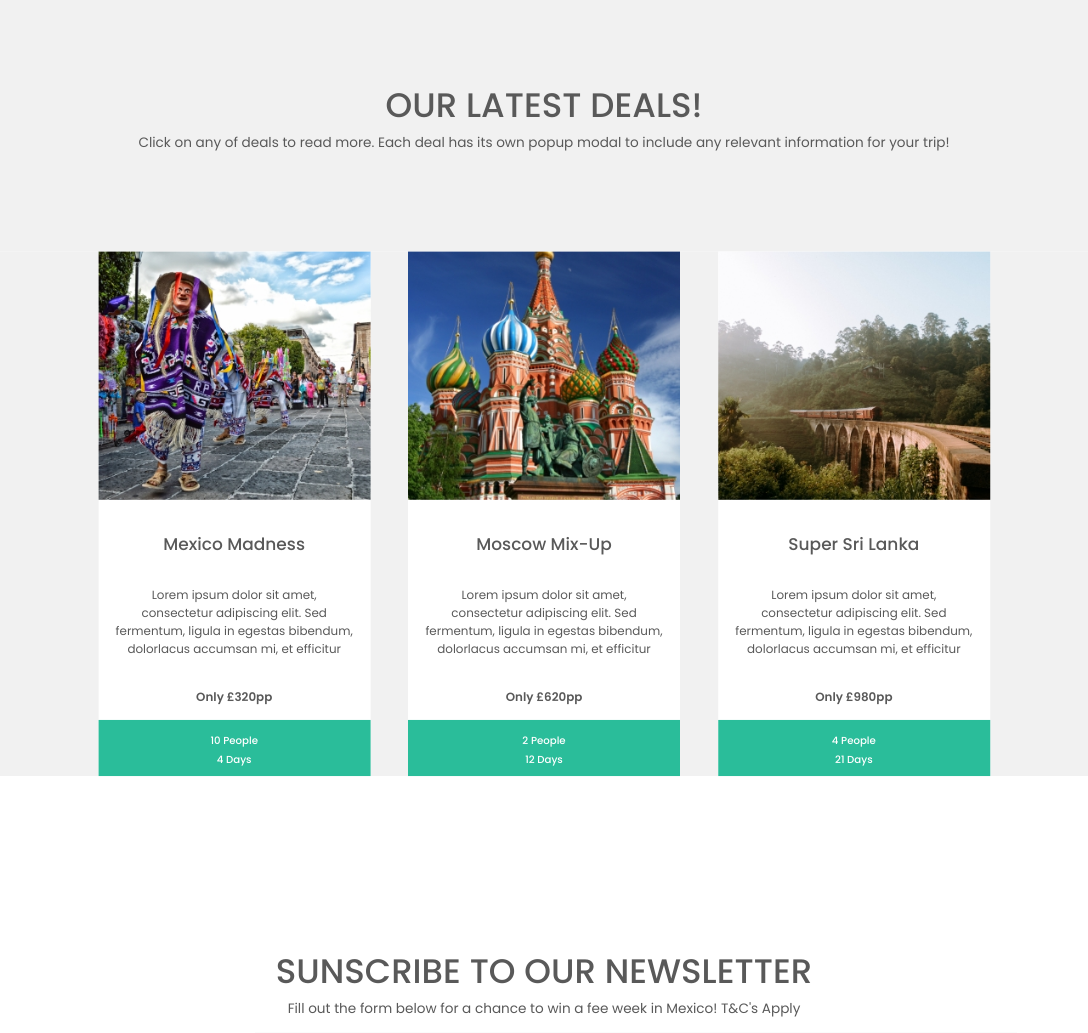
Repository: cobyfoster99/Interactive-frontend-project
Page: index.html
The author's editor kept a record of every edit. The page is drawn from the files as they stood at one moment, then again after the next edit.
The browser window is 1280 px wide. The pictures show the whole page, at 85% of full size.

Above is the page before.
Console error (its wording comes from the project's code and is left out).

### index.html
<!DOCTYPE html>
<html lang="en">

<head>
    <meta charset="UTF-8">
    <meta name="viewport" content="width=device-width, initial-scale=1.0">
    <meta http-equiv="X-UA-Compatible" content="ie=edge">

    <link rel="stylesheet" href="assets/css/style.css" type="text/css" />
    <script type="text/javascript" src="assets/js/foundation.js"></script>
    <link rel="stylesheet" href="https://stackpath.bootstrapcdn.com/bootstrap/4.4.1/css/bootstrap.min.css" type="text/css" />
    <script type="text/javascript" src="https://stackpath.bootstrapcdn.com/bootstrap/4.4.1/js/bootstrap.min.js"></script>

    <title>Simple Design Works | Travel</title>

</head>

<body>

    <!-------- Deals Box Section -------->

    <div class="contain grey-background">
        <div class="h1-section no-gutters">
            <h1>OUR LATEST DEALS!</h1>
            <P>Click on any of deals to read more. Each deal has its own popup modal to include any relevant information for your trip!</P>
        </div>

    </div>

    <div class="contain grey-background deals-section">
        <div class="deals-box-section no-gutters">
            <div class="deals-box">
                <img src="assets/media-library/mexico.jpg" class="deals-image" />
                <h5 class="deals-box-h1">Mexico Madness</h5>
                <p class="deals-box-p">Lorem ipsum dolor sit amet, consectetur adipiscing elit. Sed fermentum, ligula in egestas bibendum, dolorlacus accumsan mi, et efficitur</p>
                <p class="deals-box-price">Only £320pp</p>
                <div class="price-box turqoise-bg">
                    <p class="deals-box-bottom-p">10 People</p>
                    <p class="deals-box-bottom-p">4 Days</p>
                </div>
            </div>
        </div>

        <div class="deals-box-section no-gutters">
            <div class="deals-box">
                <img src="assets/media-library/moscow.jpg" class="deals-image" />
                <h5 class="deals-box-h1">Moscow Mix-Up</h5>
                <p class="deals-box-p">Lorem ipsum dolor sit amet, consectetur adipiscing elit. Sed fermentum, ligula in egestas bibendum, dolorlacus accumsan mi, et efficitur</p>
                <p class="deals-box-price">Only £620pp</p>
                <div class="price-box turqoise-bg">
                    <p class="deals-box-bottom-p">2 People</p>
                    <p class="deals-box-bottom-p">12 Days</p>
                </div>
            </div>
        </div>

        <div class="deals-box-section no-gutters">
            <div class="deals-box">
                <img src="assets/media-library/sri-lanka.jpg" class="deals-image" />
                <h5 class="deals-box-h1">Super Sri Lanka</h5>
                <p class="deals-box-p">Lorem ipsum dolor sit amet, consectetur adipiscing elit. Sed fermentum, ligula in egestas bibendum, dolorlacus accumsan mi, et efficitur</p>
                <p class="deals-box-price">Only £980pp</p>
                <div class="price-box turqoise-bg">
                    <p class="deals-box-bottom-p">4 People</p>
                    <p class="deals-box-bottom-p">21 Days</p>
                </div>
            </div>
        </div>

    </div>

    <!-------- Subscribe to our Newsletter -------->

    <div class="contain">
        <div class="image-background-newsletter">
            <div class="h1-section"></div>
            <h1 class="newsletter-h1">SUNSCRIBE TO OUR NEWSLETTER</h1>
            <p class="newsletter-p">Fill out the form below for a chance to win a fee week in Mexico! T&C's Apply</p>
            <div class="newsletter-signup"></div>
        </div>
    </div>
    </div>

</body>

</html>

### assets/css/style.css
@import url('https://fonts.googleapis.com/css?family=Poppins:400,500,600,700&display=swap');

/* Background Colors */

.grey-background {
    background-color: #f1f1f1;
}

.turqoise-bg {
    background-color: #2abd9a;
}

/* Text */

h1,
h2,
h3,
h4,
h5,
h6,
span,
p {
    font-family: "poppins", arial;
    color: #595959;
    text-align: center;
}

h3 {
    font-size: 18px;
    font-weight: 600;
}

.contain {
    max-width: 1920px;
    margin: auto;
    text-align: center;
}

.h1-section {
    display: inline-block;
    padding-top: 100px;
    padding-bottom: 100px;
    max-width: 1200px;
}



.deals-box-section {
    display: inline-block;
    max-width: 1200px;

}

.deals-box {
    background-color: white;
    width: 320px;
    margin-right: 20px;
    margin-left: 20px;
}

.deals-image {
    padding-bottom: 20px;
}

.deals-box-h1 {
    font-size: 20px;
    padding-bottom: 10px;
    padding-top: 20px;
}

.deals-box-p {
    font-size: 14px;
    padding: 20px;
}

.deals-box-price {
    font-size: 14px;
    font-weight: 600
}

.deals-box-bottom-p {
    color: white;
    font-size: 12px;
    font-weight: 500;
    padding-top: 5px;
    margin-bottom: 0px;
}

.price-box {
    padding-top: 10px;
    padding-bottom: 10px;
}

Loaded but not shown: assets/js/foundation.js (no copy from this time; the picture is the same without it)

After the next edit:
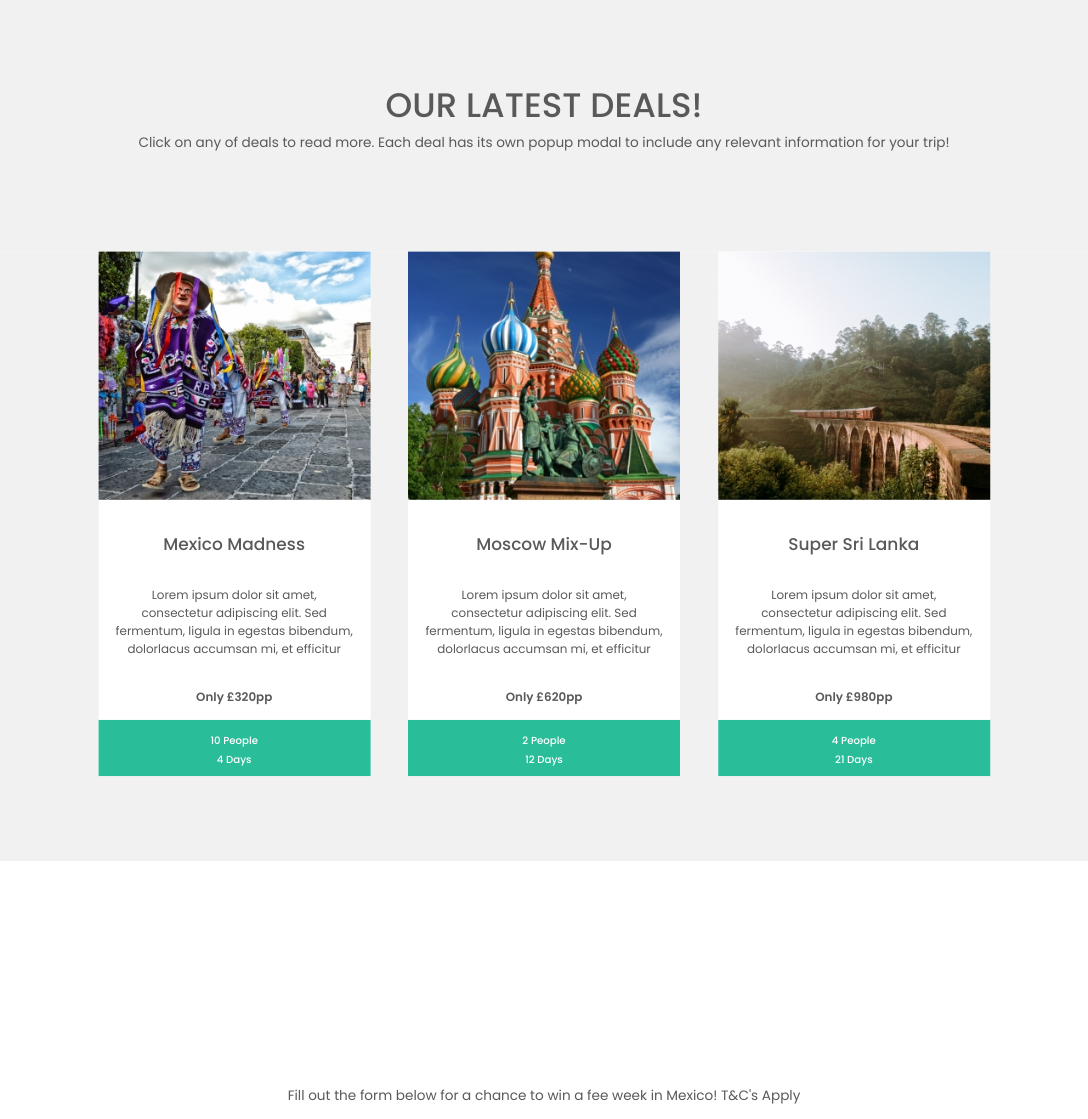
Not found: assets/css/assets/media-library/newsletter-background.jpg
The edit:
--- a/assets/css/style.css
+++ b/assets/css/style.css
@@ -90,3 +90,19 @@
     padding-top: 10px;
     padding-bottom: 10px;
 }
+
+.deals-section {
+    padding-bottom: 100px;
+}
+.image-background-newsletter {
+    background-image: url("assets/media-library/newsletter-background.jpg");
+    max-height: 400px;
+}
+
+.newsletter-p {
+
+}
+.newsletter-h1 {
+    font-size: 42px;
+    color: white;
+}

After the edit that followed:
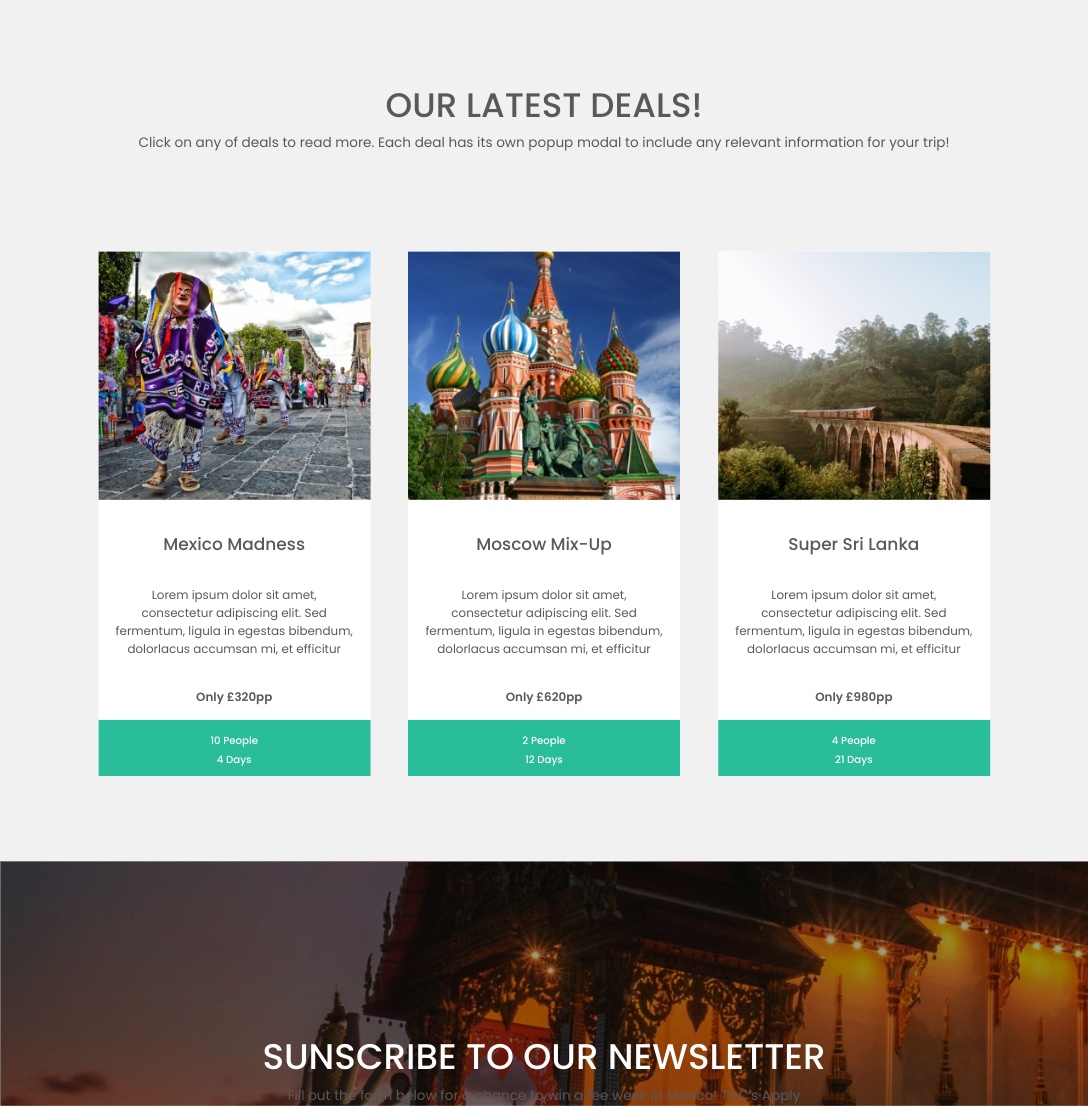
The edit:
--- a/assets/css/style.css
+++ b/assets/css/style.css
@@ -95,7 +95,7 @@
     padding-bottom: 100px;
 }
 .image-background-newsletter {
-    background-image: url("assets/media-library/newsletter-background.jpg");
+    background-image: url("../media-library/newsletter-background.jpg");
     max-height: 400px;
 }
 
